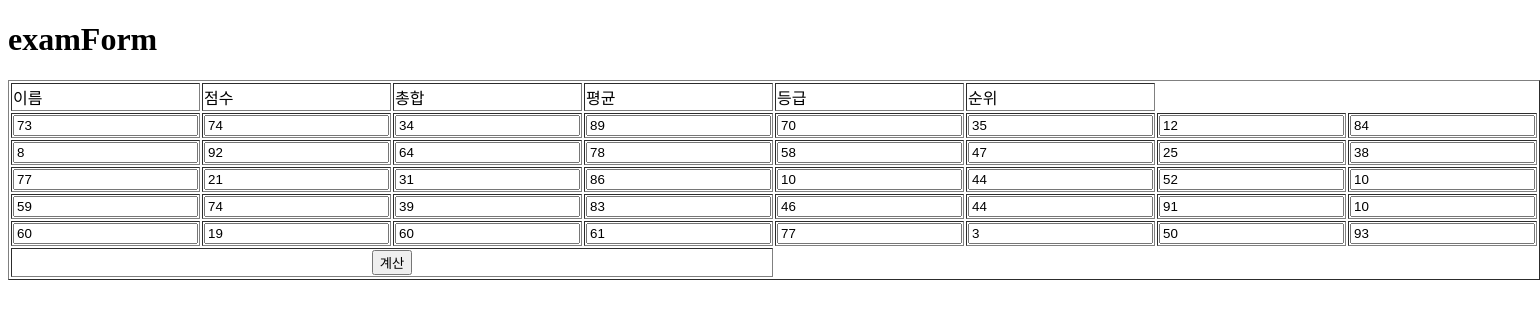
Repository: Jhoon0211/java_work
Page: http://localhost/jspProj/exam/examForm.jsp
These files come from the project's save history. The page is drawn as it stood at one moment and after the next save; the edit follows.
The browser window is 1280 px wide. The page is 1540 px wide, so the pictures cover 1540 px, including what lies to the right of the window. The pictures show the whole page.
The page is served by Tomcat 9. Other server files are loaded and not shown.

Above is the page before, as saved 2023-07-31 07:00:08.

### jspProj/src/main/webapp/exam/examForm.jsp
<%@ page language="java" contentType="text/html; charset=UTF-8"
    pageEncoding="UTF-8"%>
<!DOCTYPE html>
<html>
<head>
<meta charset="UTF-8">
<title>Insert title here</title>
</head>
<body>
<h1>examForm</h1>
	<form action="examReg.jsp">
		<table border="">
			<tr>
				<td>이름</td>
				<td>점수</td>
				<td>총합</td>
				<td>평균</td>
				<td>등급</td>
				<td>순위</td>
			</tr>
			<% for(int i = 0; i<5; i++){ %>
			<tr>
				<td><input type="text" name="name" value="<%=(int)(Math.random()*100)%>"/></td>
				<td><input type="text" name="kor" value="<%=(int)(Math.random()*100)%>"/></td>
				<td><input type="text" name="eng" value="<%=(int)(Math.random()*100) %>"/></td>
				<td><input type="text" name="math" value="<%=(int)(Math.random()*100) %>"/></td>
				<td><input type="text" name="tot" value="<%=(int)(Math.random()*100) %>"/></td>
				<td><input type="text" name="avg" value="<%=(int)(Math.random()*100) %>"/></td>
				<td><input type="text" name="grade" value="<%=(int)(Math.random()*100) %>"/></td>
				<td><input type="text" name="rank" value="<%=(int)(Math.random()*100) %>"/></td>
			</tr>
			<% } %>
			<tr>
				<td colspan="4" align="center">
					<input type="submit" value="계산" />
				</td>
			</tr>
		</table>
	</form>
</body>
</html>

After the next save:
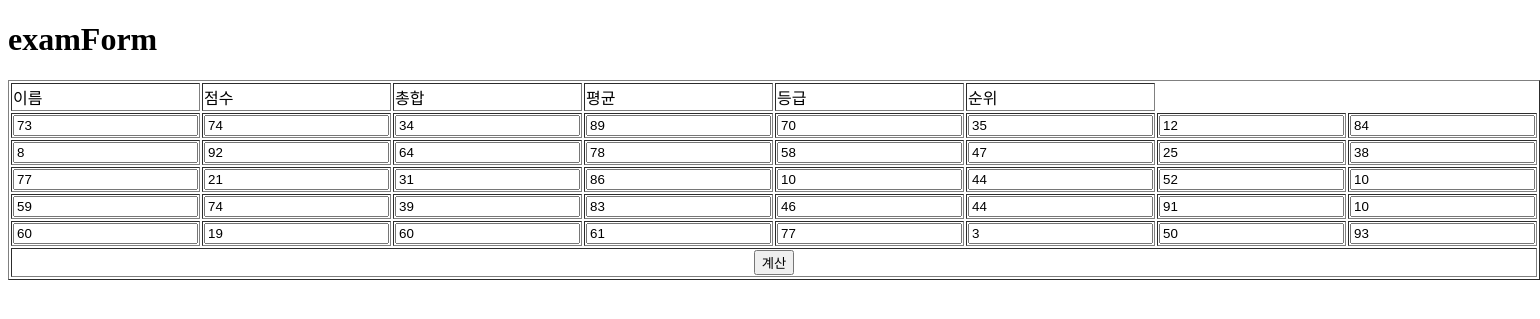
Saved 7 s later.
--- a/jspProj/src/main/webapp/exam/examForm.jsp
+++ b/jspProj/src/main/webapp/exam/examForm.jsp
@@ -31,7 +31,7 @@
 			</tr>
 			<% } %>
 			<tr>
-				<td colspan="4" align="center">
+				<td colspan="8" align="center">
 					<input type="submit" value="계산" />
 				</td>
 			</tr>
